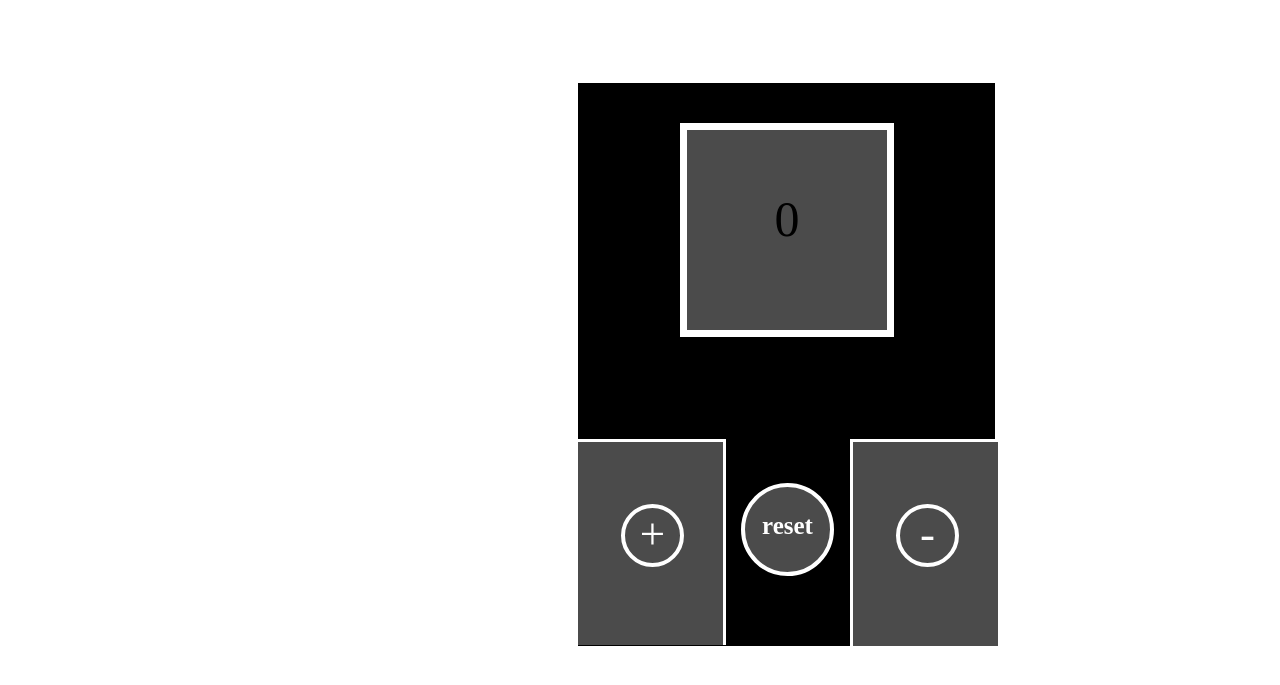
Repository: sara55m/Counter_App
Page: index.html
The author's editor kept a copy of each file at every save. The page is drawn from the files as they stood at one save, then again after the next save.
The browser window is 1280 px wide. The pictures show the whole page.

Above is the page before, as saved 2024-07-31 18:36:41.

### index.html
<!DOCTYPE html>
<html lang="en">
<head>
    <meta charset="UTF-8">
    <meta name="viewport" content="width=device-width, initial-scale=1.0">
    <title>Document</title>
    <link rel="stylesheet" href="css/style.css">
</head>
<body>
    <div class="container">
        <div class="main" id="main"><p class="one" id="one"></p></div>
        <div class="increase" id="increase" onclick="increase()"><div class="increase2">+</div></div>
        <div class="decrease" id="decrease" onclick="decrease()"><div class="decrease2">-</div></div>
        <div class="reset" onclick="reset_1()"><p class="third">reset</p></div>
    </div>
    <script src="js/script.js"></script>
</body>
</html>

### css/style.css
.container{
    position: absolute;
    top:80px;
    left:575px;
    height:563px;
    width:417px;
    background-color: black;
    border:3px solid white;
}
p.one{
    text-align: center;

}

.main{
    position:absolute;
    top:40px;
    left:102px;
    height:180px;
    width:180px;

    background-color:#4b4b4b;
    text-align: center;
    font-size: 50px;
    padding:10px;
    border:7px solid white;

}

.increase{
    position:absolute;
    top:356px;
    left:0px;
    height:203px;
    width:145px;
    background-color:#4b4b4b;
    border-top:3px solid white;
    border-right: 3px solid white;

}

.increase .increase2{
    position:absolute;
    top:62px;
    left:43px;
    height:55px;
    width:55px;
    border-radius: 50%;
    border:4px solid white;
    background-color:#4b4b4b;
    text-align: center;
    font-size: 45px;
    color:white;
}

.decrease{
    position:absolute;
    top:356px;
    left:272px;
    background-color:#4b4b4b;
    height:204px;
    width:145px;
    border-top:3px solid white;
    border-left: 3px solid white;

}
.decrease .decrease2{
    position:absolute;
    top:62px;
    left:43px;
    height:55px;
    width:55px;
    border-radius: 50%;
    border:4px solid white;
    background-color:#4b4b4b;
    text-align: center;
    font-size: 45px;
    color:white;
}

.reset{
    position:absolute;
    top:400px;
    left:163px;
    height:85px;
    width:85px;
    border-radius: 50%;
    background-color:#4b4b4b;
    font-weight: bolder;
    border:4px solid white;

}

p.third{
    font-size: 25px;
    text-align: center;
    color:white;
}

### js/script.js
let count=0;
document.getElementById("one").innerHTML=count;
function increase(){
    count+=1;
    document.getElementById("one").innerHTML=count;
}

function reset_1(){
    count=0;
    document.getElementById("one").innerHTML=count;
}

count=0;
document.getElementById("one").innerHTML=count;
function decrease(){
    count-=1;
    document.getElementById("one").innerHTML=count;

}

After the next save:
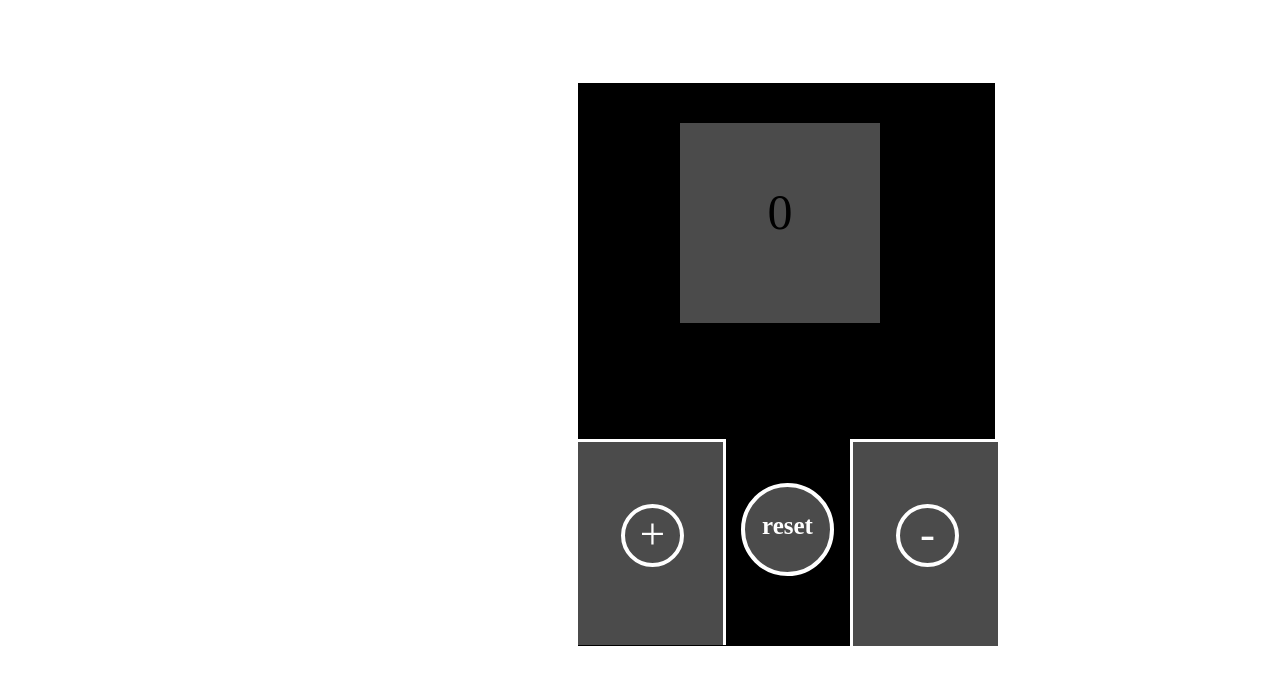
Saved 39 s later.
--- a/css/style.css
+++ b/css/style.css
@@ -23,7 +23,7 @@ p.one{
     text-align: center;
     font-size: 50px;
     padding:10px;
-    border:7px solid white;
+
 
 }
 
